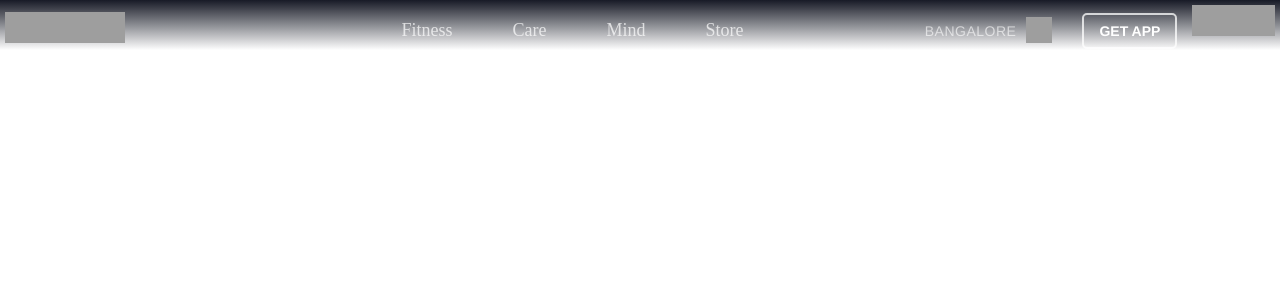
Repository: 1sanjeetsharma/cult-fit-clone
Page: /
An editor plug-in stored every save of this project. The page is shown before and after the next save, followed by the edit.
The browser window is 1280 px wide. The pictures show the whole page.
Pictures or frames that could not be fetched are drawn as grey boxes. Some web fonts or font styles are not loaded; a fallback is used. The project was rebuilt for these pictures with package versions that can differ from the ones it lists, and the page was loaded fresh each time. Also part of the build but not shown: vite.config.js, src/components/body/footer/Footer.jsx.

Above is the page before, as saved 2023-07-31 16:41:09.

After the next save:
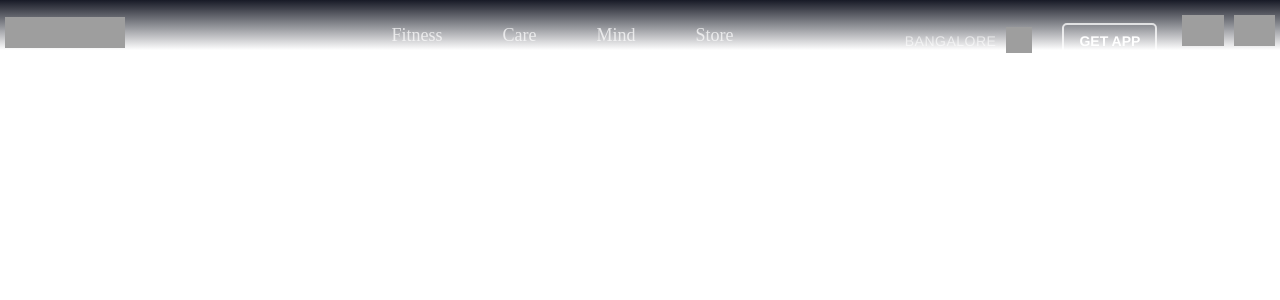
Saved 8 s later.
--- a/src/components/body/Navbar/navbar.css
+++ b/src/components/body/Navbar/navbar.css
@@ -140,7 +140,7 @@ button:focus {
 .avatar {
 	display: inline-block;
 	box-sizing: border-box;
-	/padding: 10px;
+	padding: 10px;
 }
 .cart {
 	/* border */
